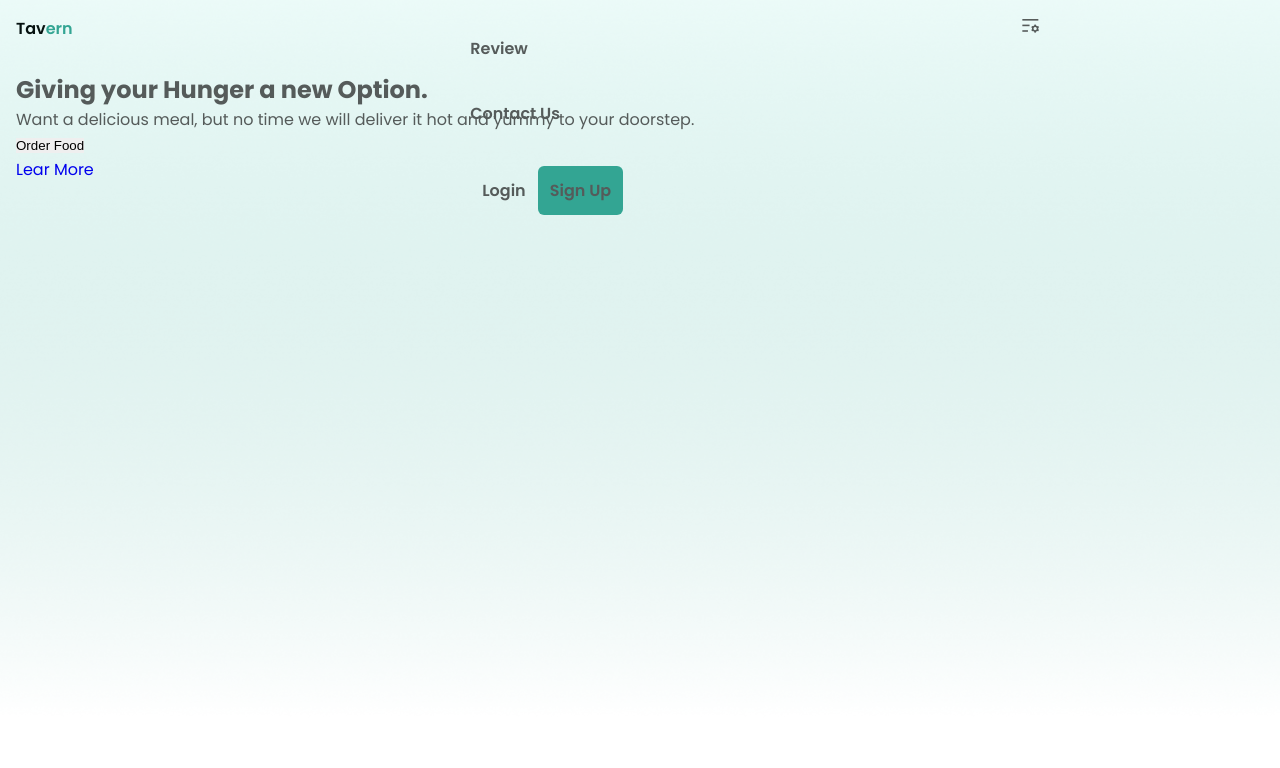
Repository: haokiet2501/tavern-restaurant-landing-page
Page: index.html
The author's editor kept a copy of each file at every save. The page is drawn from the files as they stood at one save, then again after the next save.
The browser window is 1280 px wide. The pictures show the whole page.
The style sheet was rebuilt from its Sass, Less or Tailwind sources for each picture, by a compiler version that may differ from the author's.

Above is the page before, as saved 2022-07-01 16:01:57.

### index.html
<!DOCTYPE html>
<html lang="en">
<head>
    <meta charset="UTF-8">
    <meta http-equiv="X-UA-Compatible" content="IE=edge">
    <meta name="viewport" content="width=device-width, initial-scale=1.0">
    <link href="https://cdn.jsdelivr.net/npm/remixicon@2.5.0/fonts/remixicon.css" rel="stylesheet">
    <link
        rel="stylesheet"
        href="https://unpkg.com/swiper@8/swiper-bundle.min.css"
    />
    <link rel="stylesheet" href="sass/css/styles.css">
    <title>Restaurant Landing Page - Tavern</title>
</head>
<body>
    <header class="header" id="header">
        <nav class="nav container">
            <a href="#home" class="nav__logo">Tav<span>ern</span></a>

            <div class="nav__menu" id="nav-menu">
                <ul class="nav__list">
                    <li class="nav__item">
                        <a href="#home" class="nav__link active-link">Home</a>
                    </li>
                    <li class="nav__item">
                        <a href="#home" class="nav__link">About Us</a>
                    </li>
                    <li class="nav__item">
                        <a href="#menu" class="nav__link">Menu</a>
                    </li>
                    <li class="nav__item">
                        <a href="#review" class="nav__link">Review</a>
                    </li>
                    <li class="nav__item">
                        <a href="#contact" class="nav__link">Contact Us</a>
                    </li>

                    <div class="nav__mobile">
                        <a href="#login" class="nav__login">Login</a>
                        <a href="#signup" class="nav__signup">Sign Up</a>
                    </div>
                </ul>

                <i class="ri-close-line nav__close" id="nav-close"></i>
            </div>

            <div class="nav__toggle" id="nav-toggle">
                <i class="ri-list-settings-line"></i>
            </div>
        </nav>
    </header>

    <main class="main">
        <section class="home section" id="home">
            <img src="imgs/Base.png" class="home__img" alt="">
            <div class="home__container container grid">
                <div class="home__layouts">
                    <div class="home__data">
                        <div class="home__heading">
                            <h2>Giving your Hunger a new Option.</h2>
                        </div>
                        <div class="home__subtext">
                            Want a delicious meal, but no time we will deliver it hot and yummy to your doorstep.
                        </div>
                        <div class="home__button">
                            <div class="home__order">
                                <button class="home__orderbtn">Order Food</button>
                            </div>

                            <a href="#" class="home__learmore">Lear More</a>
                        </div>
                    </div>
                </div>
            </div>
        </section>
    </main>

    <script src="js/scrollreveal.min.js"></script>
    <script src="https://unpkg.com/swiper@8/swiper-bundle.min.js"></script>
    <script src="js/app.js"></script>
</body>
</html>

### js/app.js
const navToggle = document.getElementById('nav-toggle'),
    navMenu = document.getElementById('nav-menu'),
    navClose = document.getElementById('nav-close');
if (navToggle) {
    navToggle.addEventListener('click', () => {
        navMenu.classList.add('show-menu')
    })
}

if (navClose) {
    navClose.addEventListener('click', () => {
        navMenu.classList.remove('show-menu')
    })
}

const navLink = document.querySelectorAll('.nav__link');

function linkAction() {
    const navMenu = document.getElementById('nav-menu')
    navMenu.classList.remove('show-menu')
}
navLink.forEach((n) => n.addEventListener('click', linkAction));

### sass/styles.scss
@import "./base/base";
@import "./main/main";

### sass/base/_base.scss
@import url('https://fonts.googleapis.com/css2?family=Poppins:wght@400;500;600;700;800;900&display=swap');

* {
    margin: 0;
    padding: 0;
    box-sizing: border-box;
}

:root {
    --header-height: 3.5rem;

    --body-font: 'Poppins', sans-serif;

    --bg-color: #FFFFFF;
    --title-color: #555B5A;
    --heading-color: #061210;
    --green-color: #33A593;

    --biggest-font-size: 2.25rem;
    --h1-font-size: 1.5rem;
    --h2-font-size: 1.25rem;
    --h3-font-size: 1rem;
    --normal-font-size: .938rem;
    --small-font-size: .813rem;
    --smaller-font-size: .75rem;

    --font-regular: 400;
    --font-medium: 500;
    --font-semi-bold: 600;
    --font-semi-big: 700;

    --z-tooltip: 10;
    --z-fixed: 100;
}

@media screen and (min-width: 1124px) {
    :root {
        --biggest-font-size: 4.5rem;
        --h1-font-size: 2.25rem;
        --h2-font-size: 1.5rem;
        --h3-font-size: 1.25rem;
        --normal-font-size: 1rem;
        --small-font-size: .875rem;
        --smaller-font-size: .813rem;
    }
}

body {
    font-family: var(--body-font);
    font-size: var(--normal-font-size);
    background-color: var(--bg-color);
    color: var(--title-color);
    transition: .4s;
}

html {
    scroll-behavior: smooth;
}

ul {
    list-style: none;
}

a {
    text-decoration: none;
}

img {
    max-width: 100%;
    height: auto;
}

button {
    border: none;
    cursor: pointer;
}

h1, h2, h3 {
    color: var(--title-color);
    font-weight: var(--font-semi-big);
}

.container {
    max-width: 1024px;
    margin-right: 1rem;
    margin-left: 1rem;
}

.grid {
    display: grid;
    gap: 1.5rem;
}

.section {
    padding: 4.5rem 0 2rem;
}

.section__title {
    font-size: var(--h1-font-size);
    text-align: center;
    margin-bottom: 3rem;
}

.main {
    overflow: hidden;
}

### sass/main/_main.scss
.header {
    width: 100%;
    position: fixed;
    top: 0;
    left: 0;
    z-index: var(--z-fixed);
    background: transparent;
}

.nav {
    height: var(--header-height);
    display: flex;
    justify-content: space-between;
    align-items: center;

    &__logo {
        font-weight: var(--font-semi-bold);
        color: var(--heading-color);
    }

    &__logo > span {
        color: var(--green-color);
    }

    &__toggle {
        font-size: 1.2rem;
        cursor: pointer;
        color: var(--title-color);
    }

    &__menu {
        position: relative;

        @media screen and (max-width: 767px) {
            position: fixed;
            background-color: var(--heading-color);
            top: 0;
            right: -100%;
            width: 70%;
            height: 100%;
            box-shadow: -1px 0 4px rgba(0, 0, 0, .15);
            padding: 3rem;
            transition: .4s;
        }
    }

    &__mobile {
        display: flex;
        justify-content: center;
        align-items: center;
    }

    &__mobile > a {
        padding: .75rem;
        cursor: pointer;
    }

    &__login, &__signup {
        font-weight: var(--font-semi-bold);
        color: var(--title-color);
    }

    &__signup {
        background-color: var(--green-color);
        border-radius: 6px;
    }

    &__list {
        display: flex;
        flex-direction: column;
        row-gap: 2.5rem;
    }

    &__link {
        color: var(--title-color);
        font-weight: var(--font-semi-bold);

        &:hover {
            color: var(--green-color);
        }
    }

    &__close {
        position: absolute;
        top: .75rem;
        right: 1rem;
        font-size: 1.5rem;
        color: var(--bg-color);
        cursor: pointer;
    }
}

.show-menu {
    right: 0;
}

.home {
    &__img {
        position: absolute;
        top: 0;
        left: 0;
        width: 100%;
        height: 100%;
    }
    &__container {
        position: relative;
        height: calc(100vh - var(--header-height));
        row-gap: 3rem;
    }
}

Loaded but not shown: js/scrollreveal.min.js (library)

After the next save:
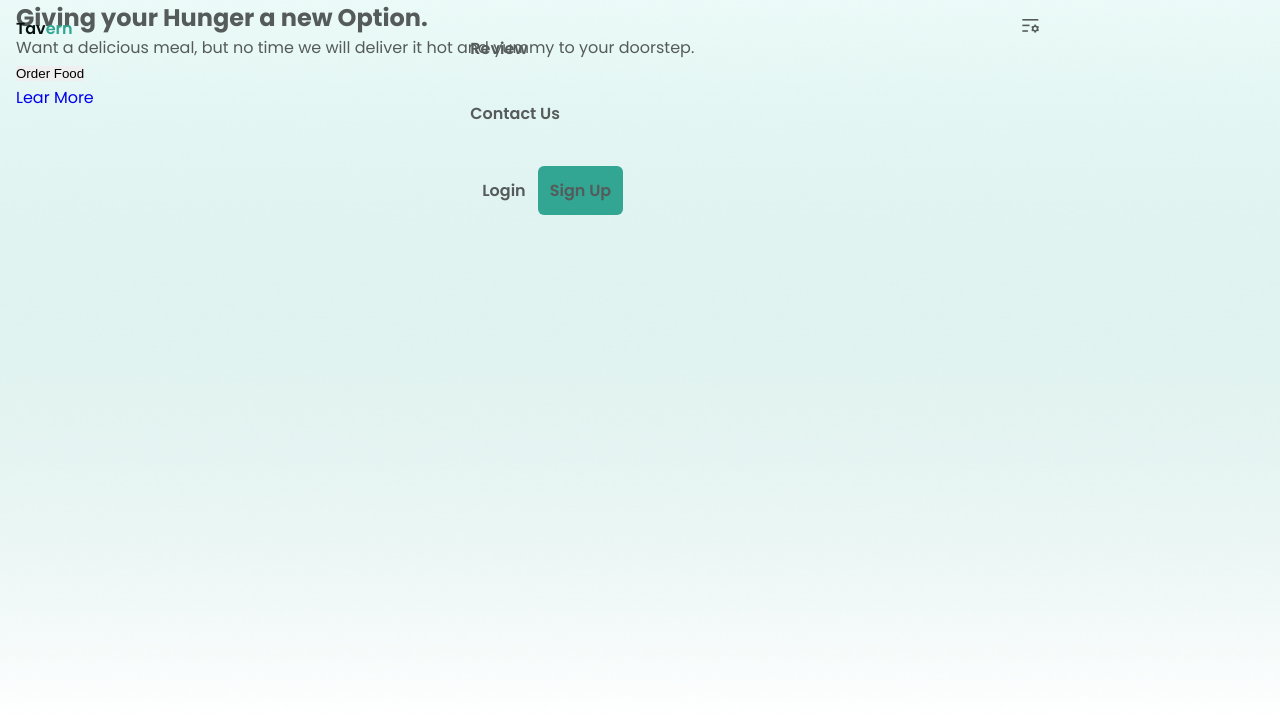
Saved 28 s later.
--- a/index.html
+++ b/index.html
@@ -51,7 +51,7 @@
     </header>
 
     <main class="main">
-        <section class="home section" id="home">
+        <section class="home" id="home">
             <img src="imgs/Base.png" class="home__img" alt="">
             <div class="home__container container grid">
                 <div class="home__layouts">
